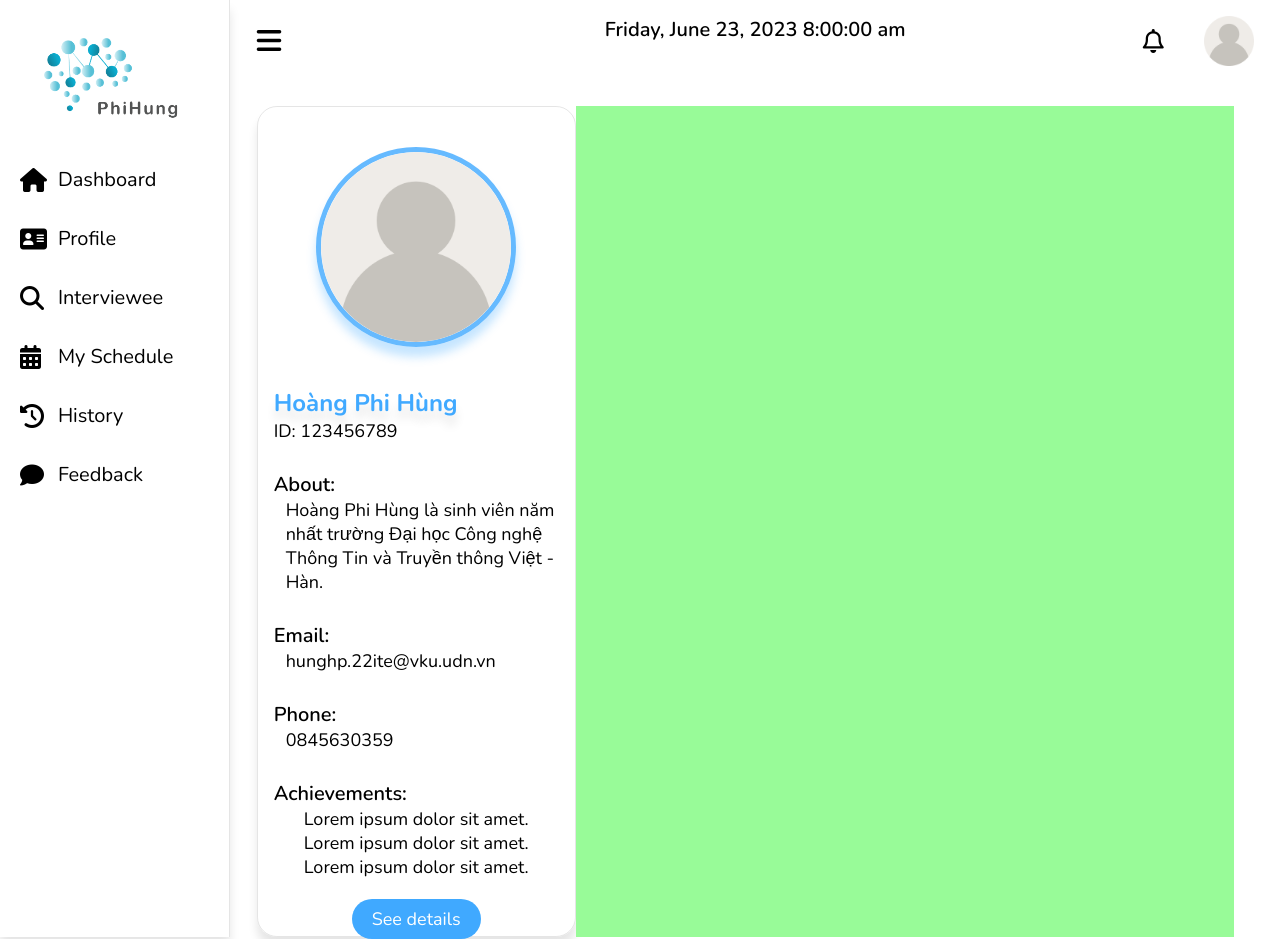
Repository: hphihungit/InterviewService
Page: interviewee.html
An editor plug-in stored every save of this project. The page is shown before and after the next save, followed by the edit.
The browser window is 1280 px wide. The pictures show the whole page.

Above is the page before, as saved 2023-06-01 00:36:37.

### interviewee.html
<!DOCTYPE html>
<html lang="en">
<head>
    <meta charset="UTF-8">
    <meta http-equiv="X-UA-Compatible" content="IE=edge">
    <meta name="viewport" content="width=device-width, initial-scale=1.0">
    <title>Document</title>
    <link rel="stylesheet" href="assets/css/grid.css">
    <link rel="stylesheet" href="assets/css/base.css">
    <link rel="stylesheet" href="https://cdnjs.cloudflare.com/ajax/libs/font-awesome/6.4.0/css/all.min.css" integrity="sha512-iecdLmaskl7CVkqkXNQ/ZH/XLlvWZOJyj7Yy7tcenmpD1ypASozpmT/E0iPtmFIB46ZmdtAc9eNBvH0H/ZpiBw==" crossorigin="anonymous" referrerpolicy="no-referrer"/>
    <link rel="preconnect" href="https://fonts.googleapis.com">
    <link rel="preconnect" href="https://fonts.gstatic.com" crossorigin>
    <link href="https://fonts.googleapis.com/css2?family=Nunito:wght@200;300;400;500;600;700;800;900;1000&display=swap" rel="stylesheet">
    <link rel="stylesheet" href="assets/css/interviewee.css">
</head>
<body>
    <div id="main">
        <div class="dashboard">
            <div class="dashboard__logo"></div>
            <ul class="dashboard__list">
                <li class="dashboard__item">
                    <a href="" class="icon__link">
                        <i class="fa-solid fa-house"></i>
                    </a>
                    <a href="" class="link">Dashboard</a>
                </li>
                <li class="dashboard__item">
                    <a href="" class="icon__link">
                        <i class="fa-solid fa-address-card"></i>
                    </a>
                    <a href="" class="link">Profile</a>
                </li>
                <li class="dashboard__item">
                    <a href="" class="icon__link">
                        <i class="fa-solid fa-magnifying-glass"></i>
                    </a>
                    <a href="" class="link">Interviewee</a>
                </li>
                <li class="dashboard__item">
                    <a href="" class="icon__link">
                        <i class="fa-solid fa-calendar-days"></i>
                    </a>
                    <a href="" class="link">My Schedule</a>
                </li>
                <li class="dashboard__item">
                    <a href="" class="icon__link">
                        <i class="fa-solid fa-clock-rotate-left"></i>
                    </a>
                    <a href="" class="link">History</a>
                </li>
                <li class="dashboard__item">
                    <a href="" class="icon__link">
                        <i class="fa-solid fa-comment"></i>
                    </a>
                    <a href="" class="link">Feedback</a>
                </li>
            </ul>
        </div>

        <div class="container">
            <div class="header">
                <div class="header__icon">
                    <label class="fa-solid fa-bars header__label"></label>
                </div>

                <div class="header__time">
                    Friday, June 23, 2023 8:00:00 am
                </div>

                <div class="header__news">
                    <label class="fa-regular fa-bell header__label--bell"></label>
                    <div class="header__avatar">
                        <img src="assets/img/user.png" alt="">
                    </div>
                </div>
            </div>

            <div class="about">
                <div class="cv">
                    <div class="cv__avatar">
                        <img src="assets/img/user.png" alt="">
                    </div>

                    <div class="cv__name">
                        <p class="cv__name--interviewee">Hoàng Phi Hùng</p>
                        <p class="cv__id">ID: 123456789</p>
                    </div>

                    <div class="cv__about">
                        <p class="cv__about--title">About: </p>
                        <p class="cv__about--content">
                            Hoàng Phi Hùng là sinh viên năm nhất trường Đại học Công nghệ Thông Tin và Truyền thông Việt - Hàn.
                        </p>
                    </div>

                    <div class="cv__email">
                        <p class="cv__email--title">Email: </p>
                        <p class="cv__email--content">hunghp.22ite@vku.udn.vn</p>
                    </div>

                    <div class="cv__phone">
                        <p class="cv__phone--title">Phone: </p>
                        <p class="cv__phone--content">0845630359</p>
                    </div>

                    <div class="cv__info">
                        <p class="cv__info--title">Achievements: </p>
                        <ul class="cv__info--list">
                            <li class="cv__info--item">Lorem ipsum dolor sit amet.</li>
                            <li class="cv__info--item">Lorem ipsum dolor sit amet.</li>
                            <li class="cv__info--item">Lorem ipsum dolor sit amet.</li>
                        </ul>
                    </div>

                    <div class="cv__all">
                        <a href="" class="btn--cv--all">See details</a>
                    </div>
                </div>

                <div class="info">

                </div>
            </div>
        </div>
    </div>
</body>
</html>

### assets/css/grid.css
.grid {
    width: 90%;
    display: block;
    padding: 0;
    margin: 0 auto;
}

.row {
    display: flex;
    flex-wrap: wrap;
    margin-left: -4px;
    margin-right: -4px;
}

.row.no-gutters {
    margin-left: 0;
    margin-right: 0;
}

.col {
    padding-left: 4px;
    padding-right: 4px;
}

.row.no-gutters .col {
    padding-left: 0;
    padding-right: 0;
}

.c-0 {
    display: none;
}

.c-1 {
    flex: 0 0 8.33333%;
    max-width: 8.33333%;
}

.c-2 {
    flex: 0 0 16.66667%;
    max-width: 16.66667%;
}

.c-3 {
    flex: 0 0 25%;
    max-width: 25%;
}

.c-4 {
    flex: 0 0 33.33333%;
    max-width: 33.33333%;
}

.c-5 {
    flex: 0 0 41.66667%;
    max-width: 41.66667%;
}

.c-6 {
    flex: 0 0 50%;
    max-width: 50%;
}

.c-7 {
    flex: 0 0 58.33333%;
    max-width: 58.33333%;
}

.c-8 {
    flex: 0 0 66.66667%;
    max-width: 66.66667%;
}

.c-9 {
    flex: 0 0 75%;
    max-width: 75%;
}

.c-10 {
    flex: 0 0 83.33333%;
    max-width: 83.33333%;
}

.c-11 {
    flex: 0 0 91.66667%;
    max-width: 91.66667%;
}

.c-12 {
    flex: 0 0 100%;
    max-width: 100%;
}

.c-o-1 {
    margin-left: 8.33333%;
}

.c-o-2 {
    margin-left: 16.66667%;
}

.c-o-3 {
    margin-left: 25%;
}

.c-o-4 {
    margin-left: 33.33333%;
}

.c-o-5 {
    margin-left: 41.66667%;
}

.c-o-6 {
    margin-left: 50%;
}

.c-o-7 {
    margin-left: 58.33333%;
}

.c-o-8 {
    margin-left: 66.66667%;
}

.c-o-9 {
    margin-left: 75%;
}

.c-o-10 {
    margin-left: 83.33333%;
}

.c-o-11 {
    margin-left: 91.66667%;
}

/* >= Tablet */
@media (min-width: 740px) {
    .row {
        margin-left: -8px;
        margin-right: -8px;
    }

    .col {
        padding-left: 8px;
        padding-right: 8px;
    }

    .m-0 {
        display: none;
    }

    .m-1,
    .m-2,
    .m-3,
    .m-4,
    .m-5,
    .m-6,
    .m-7,
    .m-8,
    .m-9,
    .m-10,
    .m-11,
    .m-12 {
        display: block;
    }

    .m-1 {
        flex: 0 0 8.33333%;
        max-width: 8.33333%;
    }

    .m-2 {
        flex: 0 0 16.66667%;
        max-width: 16.66667%;
    }

    .m-3 {
        flex: 0 0 25%;
        max-width: 25%;
    }

    .m-4 {
        flex: 0 0 33.33333%;
        max-width: 33.33333%;
    }

    .m-5 {
        flex: 0 0 41.66667%;
        max-width: 41.66667%;
    }

    .m-6 {
        flex: 0 0 50%;
        max-width: 50%;
    }

    .m-7 {
        flex: 0 0 58.33333%;
        max-width: 58.33333%;
    }

    .m-8 {
        flex: 0 0 66.66667%;
        max-width: 66.66667%;
    }

    .m-9 {
        flex: 0 0 75%;
        max-width: 75%;
    }

    .m-10 {
        flex: 0 0 83.33333%;
        max-width: 83.33333%;
    }

    .m-11 {
        flex: 0 0 91.66667%;
        max-width: 91.66667%;
    }

    .m-12 {
        flex: 0 0 100%;
        max-width: 100%;
    }

    .m-o-1 {
        margin-left: 8.33333%;
    }

    .m-o-2 {
        margin-left: 16.66667%;
    }

    .m-o-3 {
        margin-left: 25%;
    }

    .m-o-4 {
        margin-left: 33.33333%;
    }

    .m-o-5 {
        margin-left: 41.66667%;
    }

    .m-o-6 {
        margin-left: 50%;
    }

    .m-o-7 {
        margin-left: 58.33333%;
    }

    .m-o-8 {
        margin-left: 66.66667%;
    }

    .m-o-9 {
        margin-left: 75%;
    }

    .m-o-10 {
        margin-left: 83.33333%;
    }

    .m-o-11 {
        margin-left: 91.66667%;
    }
}

/* PC medium resolution > */
@media (min-width: 1113px) {
    .row {
        margin-left: -12px;
        margin-right: -12px;
    }

    .row.sm-gutter {
        margin-left: -5px;
        margin-right: -5px;
    }

    .col {
        padding-left: 12px;
        padding-right: 12px;
    }

    .row.sm-gutter .col {
        padding-left: 5px;
        padding-right: 5px;
    }

    .l-0 {
        display: none;
    }

    .l-1,
    .l-2,
    .l-2-4,
    .l-3,
    .l-4,
    .l-5,
    .l-6,
    .l-7,
    .l-8,
    .l-9,
    .l-10,
    .l-11,
    .l-12 {
        display: block;
    }

    .l-1 {
        flex: 0 0 8.33333%;
        max-width: 8.33333%;
    }

    .l-2 {
        flex: 0 0 16.66667%;
        max-width: 16.66667%;
    }

    .l-2-4 {
        flex: 0 0 20%;
        max-width: 20%;
    }

    .l-3 {
        flex: 0 0 25%;
        max-width: 25%;
    }

    .l-4 {
        flex: 0 0 33.33333%;
        max-width: 33.33333%;
    }

    .l-5 {
        flex: 0 0 41.66667%;
        max-width: 41.66667%;
    }

    .l-6 {
        flex: 0 0 50%;
        max-width: 50%;
    }

    .l-7 {
        flex: 0 0 58.33333%;
        max-width: 58.33333%;
    }

    .l-8 {
        flex: 0 0 66.66667%;
        max-width: 66.66667%;
    }

    .l-9 {
        flex: 0 0 75%;
        max-width: 75%;
    }

    .l-10 {
        flex: 0 0 83.33333%;
        max-width: 83.33333%;
    }

    .l-11 {
        flex: 0 0 91.66667%;
        max-width: 91.66667%;
    }

    .l-12 {
        flex: 0 0 100%;
        max-width: 100%;
    }

    .l-o-1 {
        margin-left: 8.33333%;
    }

    .l-o-2 {
        margin-left: 16.66667%;
    }

    .l-o-3 {
        margin-left: 25%;
    }

    .l-o-4 {
        margin-left: 33.33333%;
    }

    .l-o-5 {
        margin-left: 41.66667%;
    }

    .l-o-6 {
        margin-left: 50%;
    }

    .l-o-7 {
        margin-left: 58.33333%;
    }

    .l-o-8 {
        margin-left: 66.66667%;
    }

    .l-o-9 {
        margin-left: 75%;
    }

    .l-o-10 {
        margin-left: 83.33333%;
    }

    .l-o-11 {
        margin-left: 91.66667%;
    }
}

/* Tablet - PC low resolution */
@media (min-width: 740px) and (max-width: 1023px) {
    .wide {
        width: 644px;
    }
}

/* > PC low resolution */
@media (min-width: 1024px) and (max-width: 1239px) {
    .wide {
        width: 984px;
    }

    .wide .row {
        margin-left: -12px;
        margin-right: -12px;
    }

    .wide .row.sm-gutter {
        margin-left: -5px;
        margin-right: -5px;
    }

    .wide .col {
        padding-left: 12px;
        padding-right: 12px;
    }

    .wide .row.sm-gutter .col {
        padding-left: 5px;
        padding-right: 5px;
    }

    .wide .l-0 {
        display: none;
    }

    .wide .l-1,
    .wide .l-2,
    .wide .l-2-4,
    .wide .l-3,
    .wide .l-4,
    .wide .l-5,
    .wide .l-6,
    .wide .l-7,
    .wide .l-8,
    .wide .l-9,
    .wide .l-10,
    .wide .l-11,
    .wide .l-12 {
        display: block;
    }

    .wide .l-1 {
        flex: 0 0 8.33333%;
        max-width: 8.33333%;
    }

    .wide .l-2 {
        flex: 0 0 16.66667%;
        max-width: 16.66667%;
    }

    .wide .l-2-4 {
        flex: 0 0 20%;
        max-width: 20%;
    }

    .wide .l-3 {
        flex: 0 0 25%;
        max-width: 25%;
    }

    .wide .l-4 {
        flex: 0 0 33.33333%;
        max-width: 33.33333%;
    }

    .wide .l-5 {
        flex: 0 0 41.66667%;
        max-width: 41.66667%;
    }

    .wide .l-6 {
        flex: 0 0 50%;
        max-width: 50%;
    }

    .wide .l-7 {
        flex: 0 0 58.33333%;
        max-width: 58.33333%;
    }

    .wide .l-8 {
        flex: 0 0 66.66667%;
        max-width: 66.66667%;
    }

    .wide .l-9 {
        flex: 0 0 75%;
        max-width: 75%;
    }

    .wide .l-10 {
        flex: 0 0 83.33333%;
        max-width: 83.33333%;
    }

    .wide .l-11 {
        flex: 0 0 91.66667%;
        max-width: 91.66667%;
    }

    .wide .l-12 {
        flex: 0 0 100%;
        max-width: 100%;
    }

    .wide .l-o-1 {
        margin-left: 8.33333%;
    }

    .wide .l-o-2 {
        margin-left: 16.66667%;
    }

    .wide .l-o-3 {
        margin-left: 25%;
    }

    .wide .l-o-4 {
        margin-left: 33.33333%;
    }

    .wide .l-o-5 {
        margin-left: 41.66667%;
    }

    .wide .l-o-6 {
        margin-left: 50%;
    }

    .wide .l-o-7 {
        margin-left: 58.33333%;
    }

    .wide .l-o-8 {
        margin-left: 66.66667%;
    }

    .wide .l-o-9 {
        margin-left: 75%;
    }

    .wide .l-o-10 {
        margin-left: 83.33333%;
    }

    .wide .l-o-11 {
        margin-left: 91.66667%;
    }
}

### assets/css/base.css
:root {
    --white-color: #fff;
    --black-color: #000;
    --blue-color : #40a9ff;
    --text-color: #8f8f8f;
    --scale: 1px;
}

* {
    padding: 0;
    margin: 0;
    box-sizing: border-box;
    text-decoration: none;
    list-style-type: none;
}

html, body {
    font-size: 18px;
    font-family: 'Nunito', sans-serif;
    scroll-behavior: smooth;
}

### assets/css/interviewee.css
#main {
    width: 100%;
    display: flex;
}

.dashboard {
    width: 18%;
    min-height: 0;
    border-right: 1px solid rgba(0, 0, 0, 0.1);
    box-shadow: 0 10px 10px rgba(0, 0, 0, 0.1);
}

.dashboard__logo {
    width: 100%;
    height: 150px;
    background-image: url('../img/logo.png');
    background-repeat: no-repeat;
    background-size: 50%;
    background-size: 62%;
    background-position: 50% 85%;
}

.dashboard__list {
    width: 100%;
}

.dashboard__item {
    border-radius: 25px 0 0 25px;
    display: flex;
    width: 100%;
    padding: 0px 20px;
}

.dashboard__item:hover {
    background-color: var(--blue-color);
}

.dashboard__item:hover .link,
.dashboard__item:hover .icon__link {
    color: #fff;
}

.icon__link {
    display: flex;
    align-items: center;
    width: 20%;
    font-size: 24px;
    color: #000;
}

.link {
    display: inline-block;
    width: 80%;
    font-size: 20px;
    padding: 16px 0px;
    color: #000;
}

.container {
    width: 82%;
}

.header {
    width: 95%;
    margin: 0 auto;
    display: flex;
    justify-content: space-between;
    margin-top: 16px;
}

.header__icon {
    width: 32%;
    display: flex;
    justify-content: space-between;
    align-items: center;
}

.header__label {
    font-size: 28px;
}

.header__time {
    width: 32%;
    text-align: center;
    font-size: 20px;
    font-weight: 600;
}

.header__news {
    width: 32%;
    display: flex;
    justify-content: flex-end;
    align-items: center;
}

.header__label--bell {
    font-size: 24px;
    position: relative;
    padding-right: 40px;
}

.header__avatar {
    display: flex;
    justify-content: flex-end;
    align-items: center;
}

.header__avatar img {
    width: 50px;
    height: 50px;
}

.about {
    display: flex;
    width: 95%;
    margin: 0 auto;
    margin-top: 40px;
}

.cv {
    width: 32%;
    max-height: 831px;
    border: 1px solid rgba(0, 0, 0, 0.1);
    border-radius: 20px;
    box-shadow: 0 10px 10px rgba(0, 0, 0, 0.1);
    padding: 0px 16px;
}

.cv__avatar {
    width: 100%;
    display: flex;
    justify-content: center;
    align-items: center;
    padding: 20px 0px;
    padding-top: 40px;
}

.cv__avatar img {
    width: 200px;
    height: 200px;
    border: 5px solid rgba(64, 169, 255, 0.8);
    border-radius: 50%;
    box-shadow: 0 10px 10px rgba(64, 169, 255, 0.3);;
}

.cv__name,
.cv__about,
.cv__email,
.cv__phone,
.cv__info {
    width: 100%;
    margin-top: 20px;
    margin-bottom: 28px;
}

.cv__name--interviewee {
    font-size: 24px;
    font-weight: 700;
    text-shadow: 0 10px 10px rgba(0, 0, 0, 0.1);
    color: var(--blue-color);
}

.cv__about--title,
.cv__email--title,
.cv__phone--title,
.cv__info--title {
    font-size: 20px;
    font-weight: 600;
}

.cv__about--content,
.cv__email--content,
.cv__phone--content {
    padding-left: 12px;
}

.cv__info--item {
    text-align: center;
}

.cv__all {
    width: 90%;
    margin: 0 auto;
    margin-bottom: 20px;
    text-align: center;
}

.btn--cv--all {
    padding: 8px 20px;
    border-radius: 20px;
    background-color: var(--blue-color);
    color: #fff;
}

.btn--cv--all:hover {
    opacity: 0.8;
}

.info {
    width: 66%;
    background-color: palegreen;
}

After the next save:
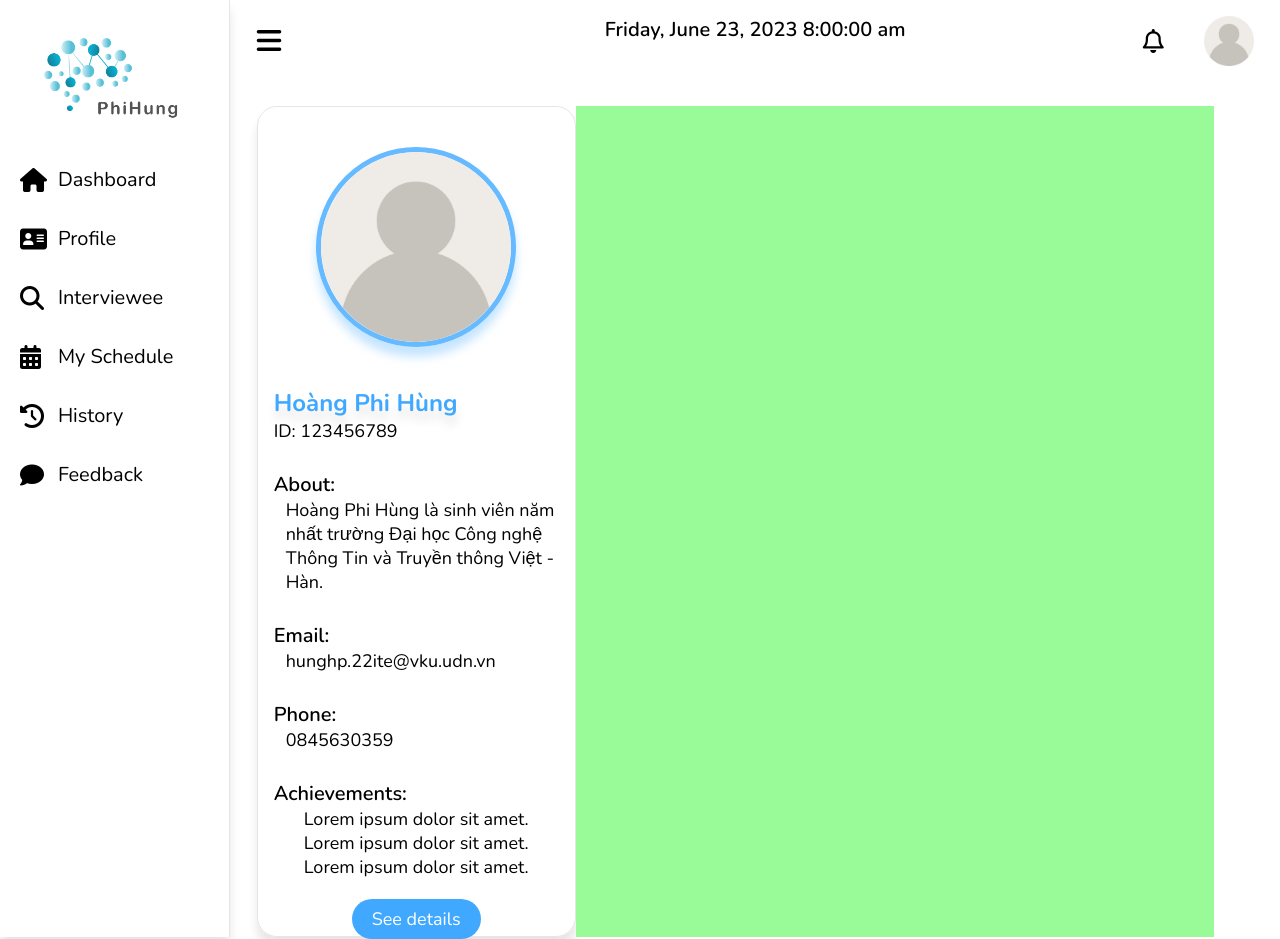
Saved 13 s later.
--- a/assets/css/interviewee.css
+++ b/assets/css/interviewee.css
@@ -197,6 +197,6 @@
 }
 
 .info {
-    width: 66%;
+    width: 64%;
     background-color: palegreen;
 }

After the save that followed:
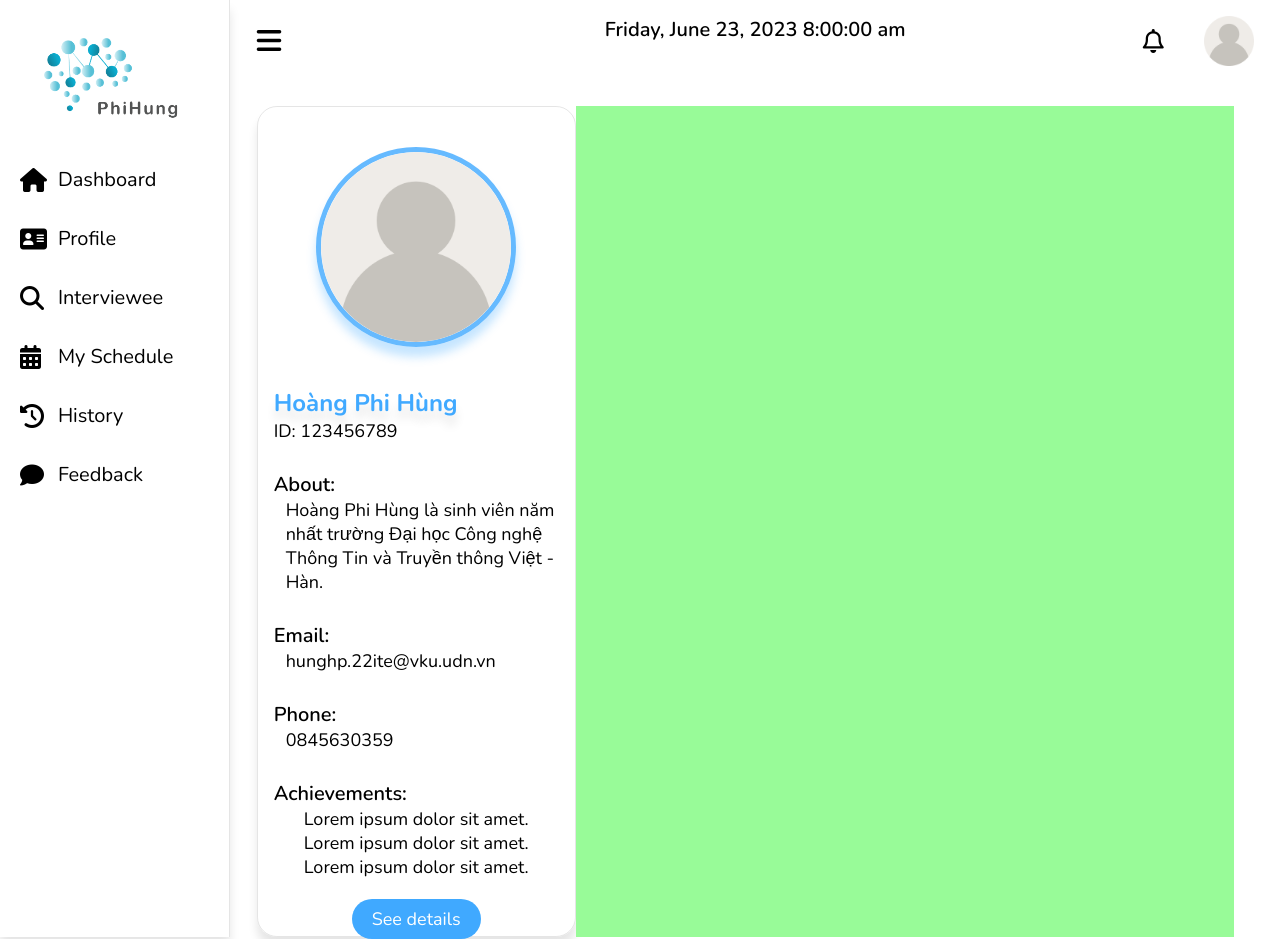
Saved 20 s later.
--- a/assets/css/interviewee.css
+++ b/assets/css/interviewee.css
@@ -197,6 +197,6 @@
 }
 
 .info {
-    width: 64%;
+    width: 66%;
     background-color: palegreen;
 }
